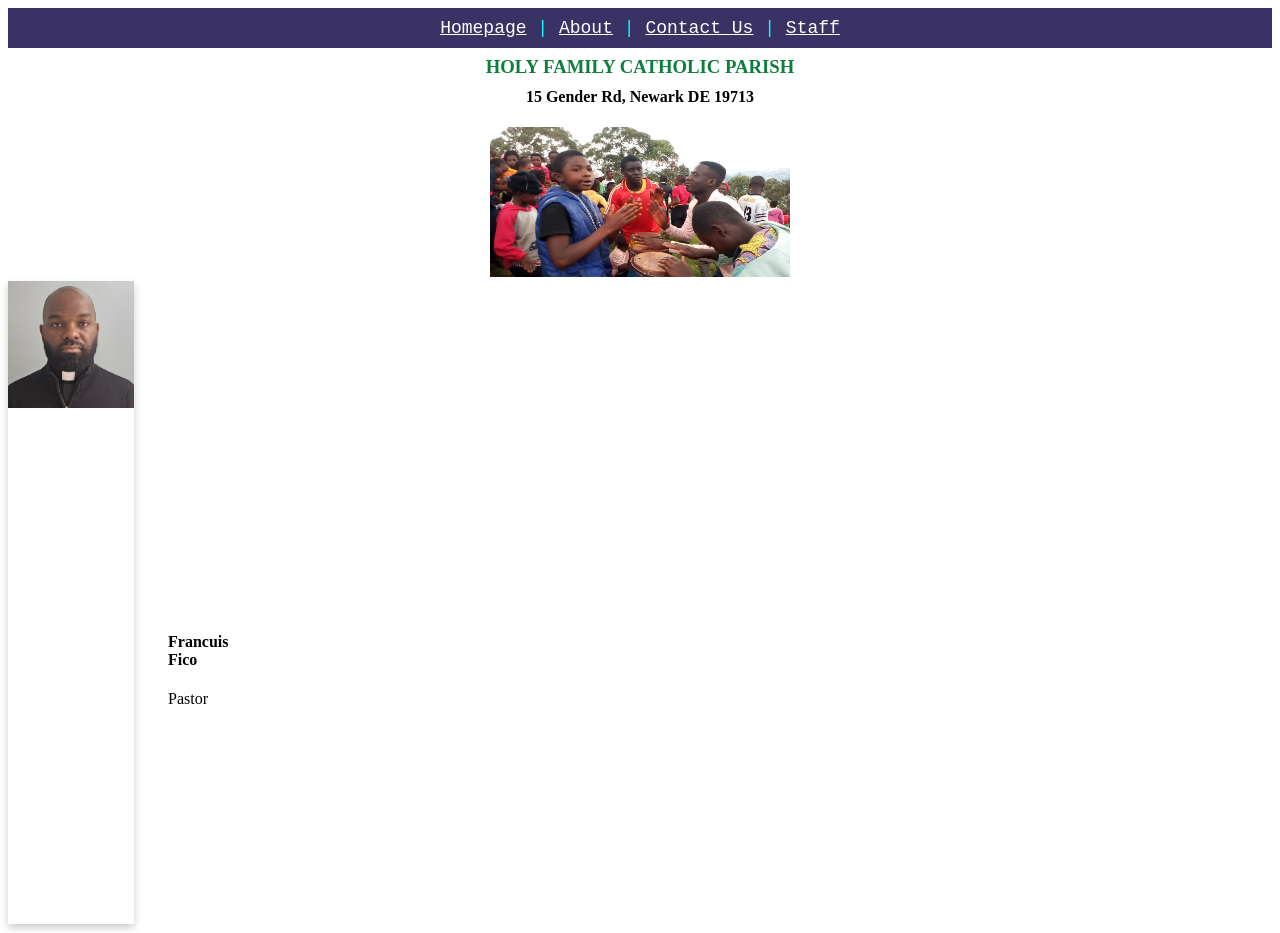
Repository: ficotims/HTML-RESTART
Page: Homepage.html
The author's editor kept a copy of each file at every save. The page is drawn from the files as they stood at one save, then again after the next save.
The browser window is 1280 px wide. The pictures show the whole page.

Above is the page before, as saved 2026-02-10 22:07:06.

### Homepage.html
<!doctype html>
<html lang="en">
  <head>
    <meta charset="UTF-8" />
    <meta name="viewport" content="width=device-width, initial-scale=1.0" />
    <style>
.card {
  box-shadow: 0 4px 8px 0 rgba(0,0,0,0.2);
  transition: 0.3s;
  width: 10%;
}

.card:hover {
  box-shadow: 0 8px 16px 0 rgba(45, 166, 247, 0.2);
}

.container {
  padding: 200px 160px;
}
</style>
    <title>HTML Crash course with Iman Musa</title>
    <link rel="stylesheet" href="Style 1.css"/>

      </head>
<body

     <!-- NAVIGATION SECTION -->
        <div style="background-color: rgb(58, 49, 100); padding: 10px; text-align: center; color: aqua; font-size: 18px; font-family: monospace, Lemon milk;">
    <a href="Homepage.html" target="_top" style="color: white;">Homepage</a> |
    <a href="about.html" style="color: white;">About</a> | <a href="Contact us.html" style="color: white;">Contact Us</a> |
    <a href="staff.html" style="color: white;">Staff</a>
     </div>

 <div style="text-align: center;">
    <h3><span style="color: rgb(14, 126, 61);"><div style="line-height: 0;">HOLY FAMILY CATHOLIC PARISH</b></span></h3>
    <H4>15 Gender Rd, Newark DE 19713</H4>
    <img
        src="images/Acension.jpg"
        alt="Catholic Church Logo"
        width="300"
        height="150"
      />
      </div>

      <div class="card">
        <img
          src="images/fico.jpg"
          alt="francuis"
          width="100%">
          <div class="container">
            <h4><b>Francuis Fico</b></h4>
            <p>Pastor</p>
          </div>
      </div>

</html>
  </body>
</html>

### Style 1.css
.card {
    box-shadow: 0 4px 8px 0 rgba(0, 0, 0, 0.2);
    transition: 0.3s;
}

}

After the next save:
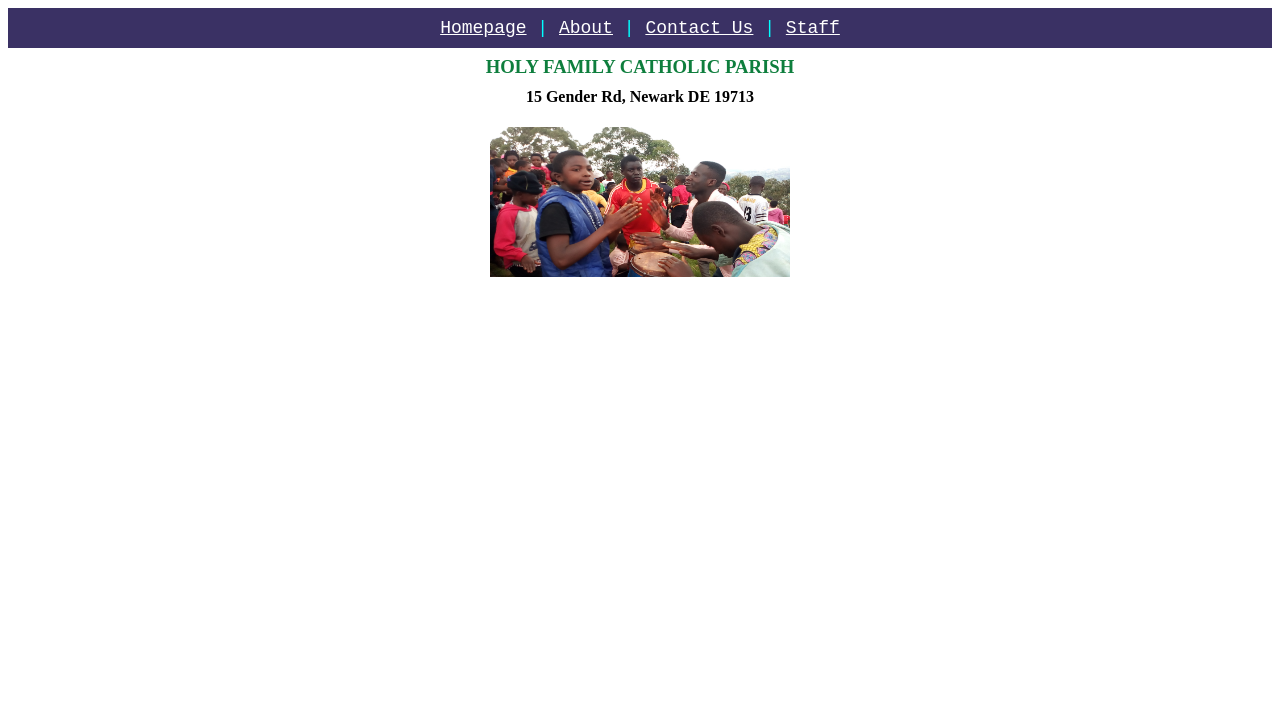
Saved 2 min 48 s later.
--- a/Homepage.html
+++ b/Homepage.html
@@ -42,16 +42,7 @@
       />
       </div>
 
-      <div class="card">
-        <img
-          src="images/fico.jpg"
-          alt="francuis"
-          width="100%">
-          <div class="container">
-            <h4><b>Francuis Fico</b></h4>
-            <p>Pastor</p>
-          </div>
-      </div>
+
 
 </html>
   </body>
